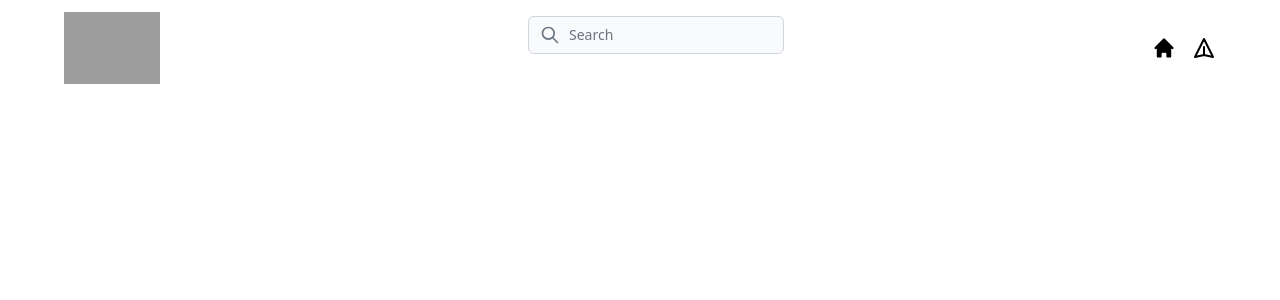
Repository: SehajBindra/insta--clone
Page: /
These files come from the project's save history. The page is drawn as it stood at one moment and after the next save; the edit follows.
The browser window is 1280 px wide. The pictures show the whole page.
Pictures or frames that could not be fetched are drawn as grey boxes. The project was rebuilt for these pictures with package versions that can differ from the ones it lists, and the page was loaded fresh each time. The framework's server and built-in components were replaced by stand-ins that run in the browser. Also part of the build but not shown: next.config.js.

Above is the page before, as saved 2022-04-11 02:05:44.

After the next save:
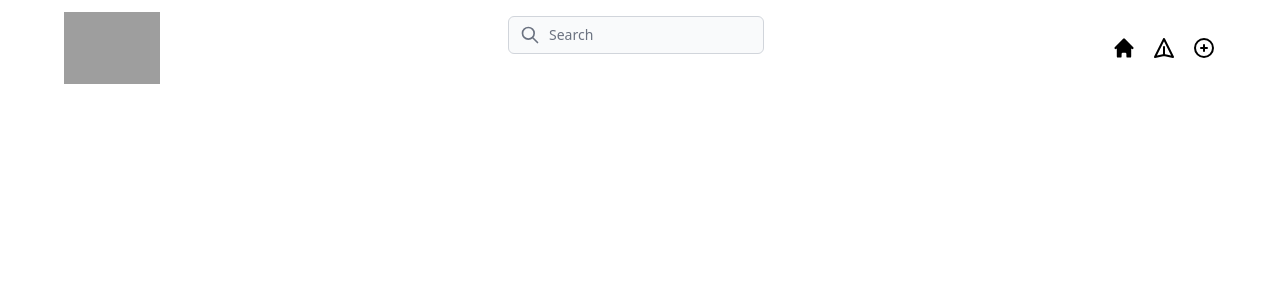
Saved 4 min 59 s later.
--- a/components/Header.js
+++ b/components/Header.js
@@ -46,6 +46,7 @@
        <MenuIcon className=" h-6 md:hidden cursor-pointer " />
 
        <PaperAirplaneIcon className="navBtn" />
+       <PlusCircleIcon  className="navBtn"/>
        </div>
       </div>
     </div>
